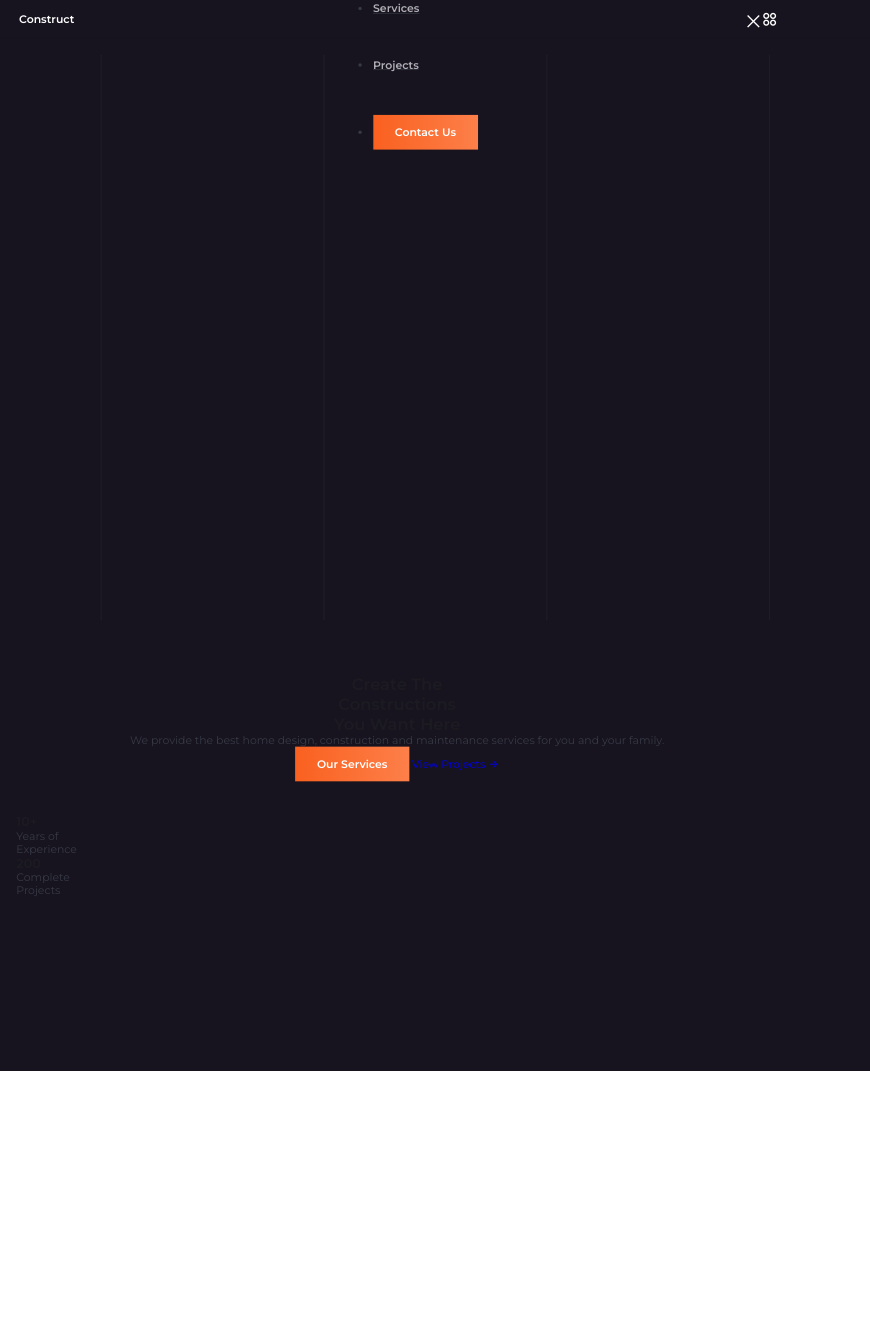
Repository: douglasabnovato/construction
Page: index.html
The author's editor kept a copy of each file at every save. The page is drawn from the files as they stood at one save, then again after the next save.
The browser window is 1280 px wide. The pictures show the whole page, at 68% of full size.

Above is the page before, as saved 2025-04-29 00:44:25.

After the next save:
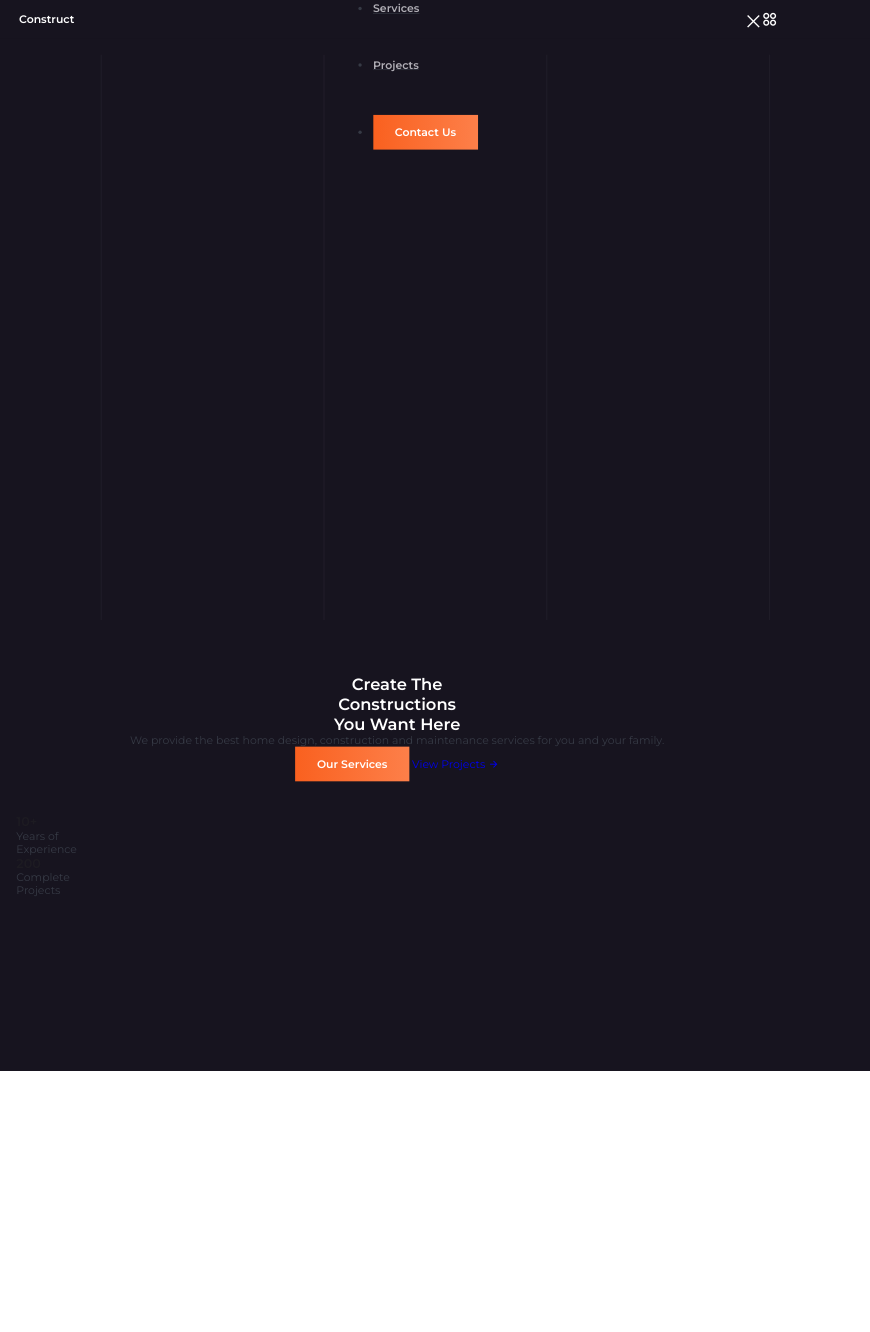
Saved 27 s later.
--- a/assets/css/styles.css
+++ b/assets/css/styles.css
@@ -243,6 +243,10 @@ img {
   text-align: center;
 }
 
+.home__title {
+  color: var(--white-color);
+}
+
 /*=============== BUTTON ===============*/
 .button {
   display: inline-flex;
